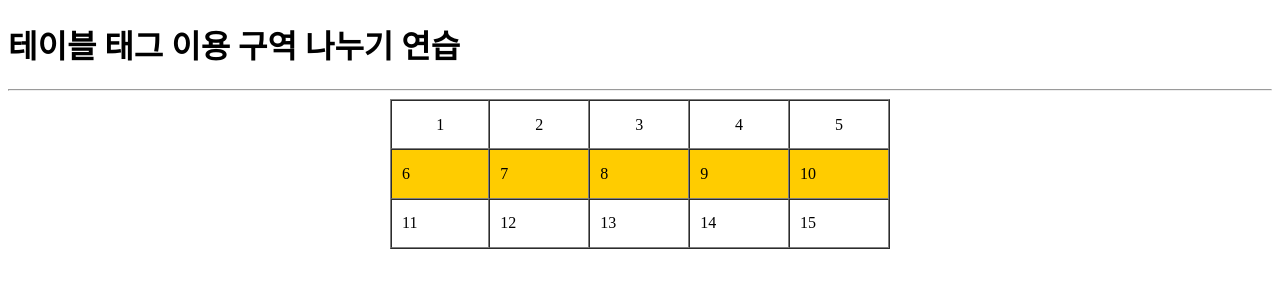
Repository: bianchi112/ict-data
Page: web_workspace/testHTMLProject2/src/main/webapp/views/test/testTable.html
An editor plug-in stored every save of this project. The page is shown before and after the next save, followed by the edit.
The browser window is 1280 px wide. The pictures show the whole page.

Above is the page before, as saved 2024-08-14 07:10:42.

After the next save:
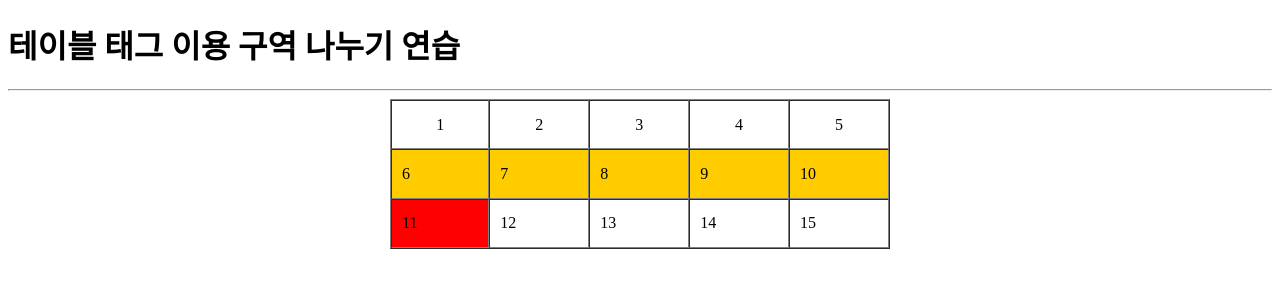
Saved 97 s later.
--- a/web_workspace/testHTMLProject2/src/main/webapp/views/test/testTable.html
+++ b/web_workspace/testHTMLProject2/src/main/webapp/views/test/testTable.html
@@ -25,7 +25,7 @@
 		<td>10</td>
 	</tr>
 	<tr> <!-- table row : 한 행을 표시하는 태그임 -->
-		<td>11</td> <!-- 1칸을 의미하는 태그임 -->
+		<td bgcolor="#ff0000">11</td> <!-- 1칸을 의미하는 태그임 -->
 		<td>12</td>
 		<td>13</td>
 		<td>14</td>
